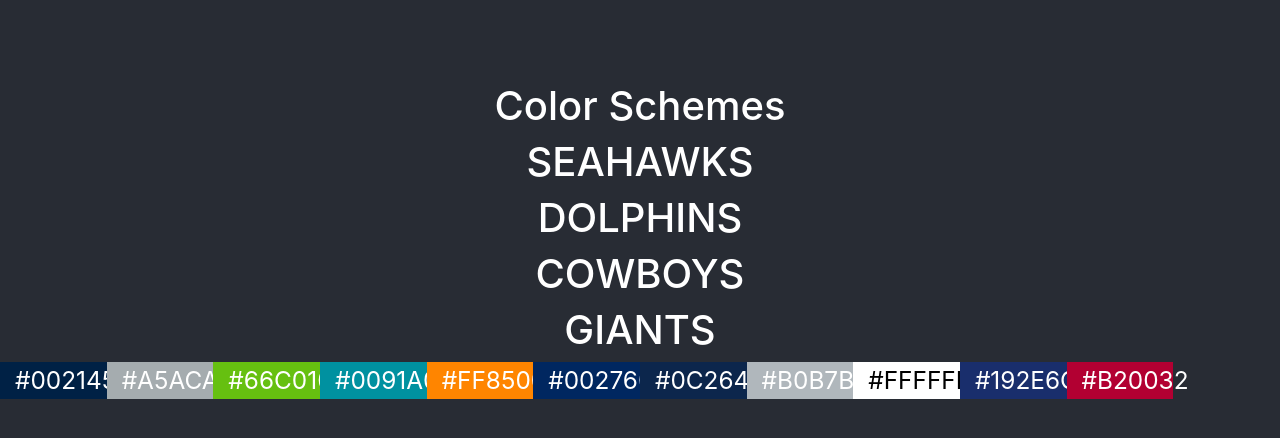
Repository: MikeTroianello/troianello.co
Page: /projects
An editor plug-in stored every save of this project. The page is shown before and after the next save, followed by the edit.
The browser window is 1280 px wide. The pictures show the whole page.
The project was rebuilt for these pictures with package versions that can differ from the ones it lists, and the page was loaded fresh each time.

Above is the page before, as saved 2019-06-24 18:05:12.

After the next save:
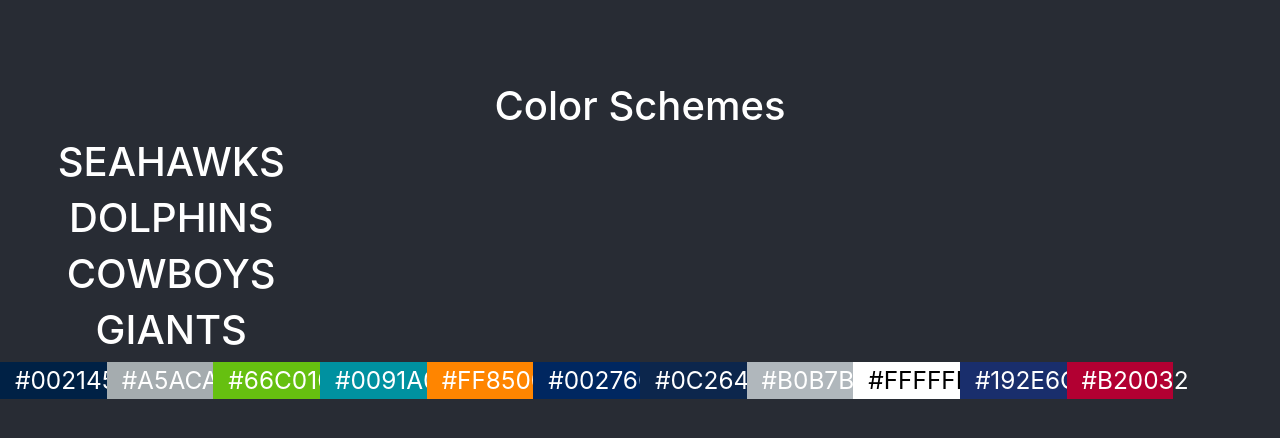
Saved 30 s later.
--- a/src/App.js
+++ b/src/App.js
@@ -9,10 +9,10 @@
         <h1>Color Schemes</h1>
         <div className='container-fluid'>
           <div>
-            <h1>SEAHAWKS</h1>
-            <h1>DOLPHINS</h1>
-            <h1>COWBOYS</h1>
-            <h1>GIANTS</h1>
+            <h1 className='col-3'>SEAHAWKS</h1>
+            <h1 className='col-3'>DOLPHINS</h1>
+            <h1 className='col-3'>COWBOYS</h1>
+            <h1 className='col-3'>GIANTS</h1>
           </div>
           <div className='row'>
             {/* <div className='teams seahawks'> */}
